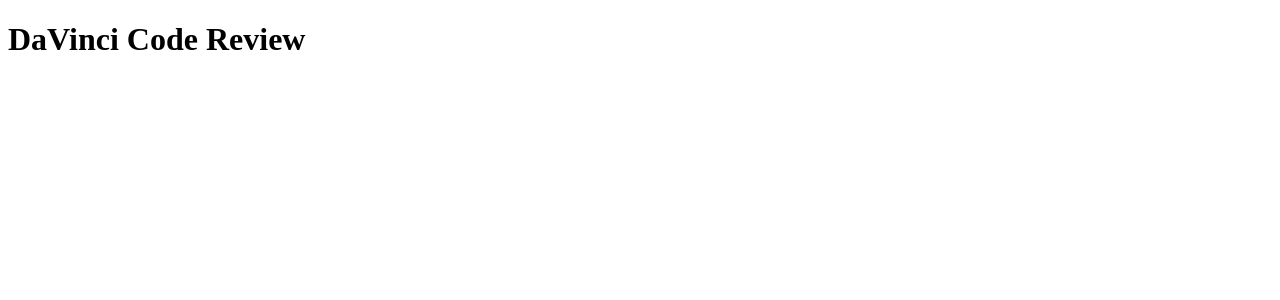
Repository: aishwarya-sankhla/JavaTraining
Page: MovieRating/WebContent/Header.html
The author's editor kept a copy of each file at every save. The page is drawn from the files as they stood at one save, then again after the next save.
The browser window is 1280 px wide. The pictures show the whole page.

Above is the page before, as saved 2018-10-03 11:42:52.

After the next save:
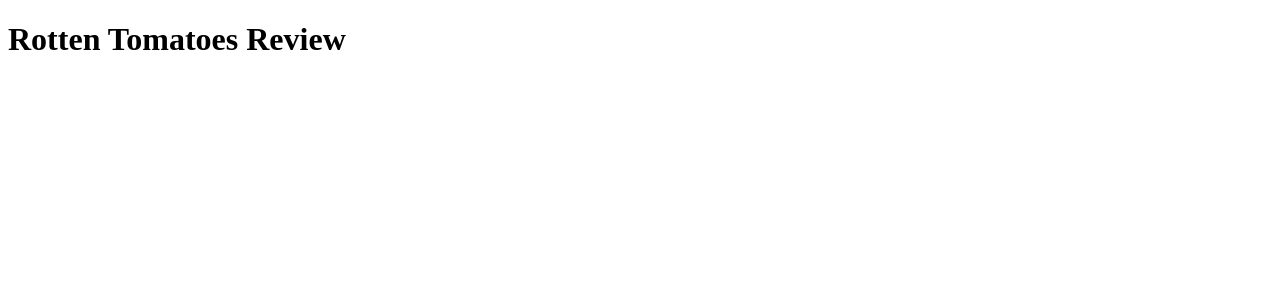
Saved 47 s later.
--- a/MovieRating/WebContent/Header.html
+++ b/MovieRating/WebContent/Header.html
@@ -5,6 +5,6 @@
 <title>Insert title here</title>
 </head>
 <body>
-	<h1>DaVinci Code Review</h1>
+	<h1>Rotten Tomatoes Review</h1>
 </body>
 </html>
